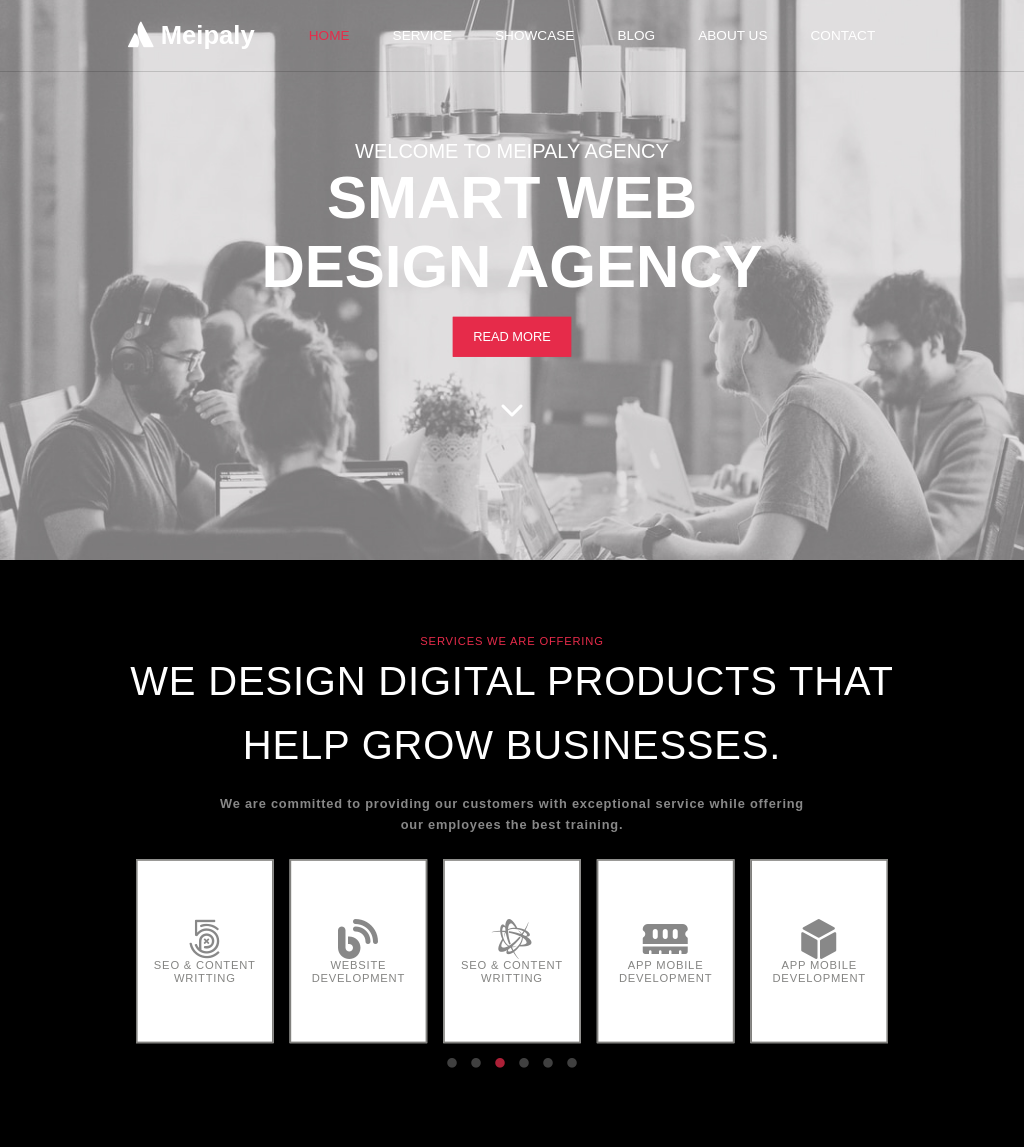
Repository: tudo1611/BC44_HTML5-CSS3_B6_MAIPALY_DO-TRUNG-TU
Page: index.html
These files come from the project's save history. The page is drawn as it stood at one moment and after a run of saves; the edit follows.
The browser window is 1280 px wide. The pictures show the whole page, at 80% of full size.
Some web fonts or font styles are not loaded; a fallback is used.

Above is the page before, as saved 2023-01-26 21:59:17.

### index.html
<!DOCTYPE html>
<html lang="en">
  <head>
    <meta charset="UTF-8" />
    <meta http-equiv="X-UA-Compatible" content="IE=edge" />
    <meta name="viewport" content="width=device-width, initial-scale=1.0" />
    <title>Document</title>
    <link
      rel="stylesheet"
      href="https://cdnjs.cloudflare.com/ajax/libs/font-awesome/6.2.1/css/all.min.css"
    />
    <!-- slick  -->
    <link rel="stylesheet" href="./css/slick.css" />
    <link rel="stylesheet" href="./css/slick-theme.css" />
    <!-- main css  -->
    <link rel="stylesheet" href="./css/style.css" />
  </head>
  <body>
    <header>
      <div class="header__content">
        <div class="header__logo">
          <i class="fab fa-atlassian"></i>
          <span>Meipaly</span>
        </div>
        <nav>
          <ul>
            <li class="active"><a href="#">Home</a></li>
            <li><a href="#">Service</a></li>
            <li><a href="#">Showcase</a></li>
            <li><a href="#">Blog</a></li>
            <li><a href="#">About us</a></li>
            <li><a href="#">Contact</a></li>
          </ul>
        </nav>
      </div>
    </header>
    <section class="banner"></section>
    <section class="carousel">
      <div class="carousel__content">
        <p>WELCOME TO MEIPALY AGENCY</p>
        <h1>
          SMART WEB <br />
          DESIGN AGENCY
        </h1>
        <button>READ MORE</button>
        <div class="carousel__scroll">
          <i class="fa fa-chevron-down"></i>
        </div>
      </div>
    </section>
    <section class="service">
      <div class="service__content">
        <div class="title">
          <p>SERVICES WE ARE OFFERING</p>
          <h2>WE DESIGN DIGITAL PRODUCTS THAT HELP GROW BUSINESSES.</h2>
          <p>
            We are committed to providing our customers with exceptional service
            while offering <br />
            our employees the best training.
          </p>
        </div>
        <div class="service__slider">
          <div class="slick-content">
            <div class="item">
              <i class="fa fa-dice-d6"></i>
              <p>
                APP MOBILE <br />
                DEVELOPMENT
              </p>
            </div>
            <div class="item">
              <i class="fab fa-autoprefixer"></i>
              <p>
                DIGITAL <br />
                MARKETING
              </p>
            </div>
            <div class="item">
              <i class="fab fa-500px"></i>
              <p>
                SEO &#38; CONTENT <br />
                WRITTING
              </p>
            </div>
            <div class="item">
              <i class="fa fa-blog"></i>
              <p>
                WEBSITE <br />
                DEVELOPMENT
              </p>
            </div>
            <div class="item">
              <i class="fab fa-battle-net"></i>
              <p>
                SEO &#38; CONTENT <br />
                WRITTING
              </p>
            </div>
            <div class="item">
              <i class="fa fa-memory"></i>
              <p>
                APP MOBILE <br />
                DEVELOPMENT
              </p>
            </div>
          </div>
        </div>
      </div>
    </section>
    <section class="blogs">
      <div class="title title--black">

      </div>
    </section>
    <section class="number"></section>
    <section class="experience"></section>
    <section class="contact"></section>
    <script
      src="https://code.jquery.com/jquery-3.6.3.slim.js"
      integrity="sha256-DKU1CmJ8kBuEwumaLuh9Tl/6ZB6jzGOBV/5YpNE2BWc="
      crossorigin="anonymous"
    ></script>
    <script src="./js/slick.min.js"></script>

    <script>
      $(document).ready(function () {
        $(".slick-content").slick({
          dots: true,
          infinite: true,
          autoplay: true,
          autoplaySpeed: 2000,
          slidesToShow: 5,
          slidesToScroll: 1,
        });
      });
    </script>
  </body>
</html>

### css/style.css
* {
  margin: 0;
  padding: 0;
  box-sizing: border-box;
}
html,
body {
  font-family: "Oswald", sans-serif;
  font-size: 62.5%;
  color: #fff;
}

.title {
  text-align: center;
  line-height: 1.6;
}
/* header  */
header {
  background-color: transparent;
  border-bottom: 1px solid rgba(0, 0, 0, 0.2);
  position: absolute;
  z-index: 10;
  width: 100%;
}
.header__content {
  width: 75%;
  margin: 0 auto;
  display: flex;
  justify-content: space-between;
  align-items: center;
  padding: 2.6rem 0;
}
.header__content ul {
  list-style: none;
}
.header__logo {
  font-size: 3.2rem;
  font-weight: 700;
  /* color: #fff; */
}
.header__content li {
  display: inline-block;
  padding: 0 2.6rem;
}
.header__content li.active a {
  color: #e62b4a;
}
.header__content li a {
  font-size: 1.7rem;
  color: #fff;
  text-transform: uppercase;
  text-decoration: none;
}
/* carousel  */
.carousel {
  background-image: url(../img/home_slider.jpg);
  background-size: cover;
  background-position: center;
  height: 70rem;
  display: flex;
  justify-content: center;
  align-items: center;
}
.carousel__content {
  text-align: center;
}
.carousel__content p {
  font-size: 2.5rem;
}
.carousel__content h1 {
  font-size: 7.5rem;
}
.carousel__content button {
  font-size: 1.6rem;
  margin-top: 2rem;
  padding: 1.5rem 2.5rem;
  background-color: #e62b4a;
  color: white;
  border: 1px solid #e62b4a;
  cursor: pointer;
  transition: all 0.5s;
}
.carousel__content button:hover {
  background-color: #af2239;
}
.carousel__scroll i {
  margin-top: 5rem;
  font-size: 3rem;
  animation: arrowDown 1s linear 0s infinite;
}

/* service  */
.service {
  text-align: center;
  padding: 9rem 0;
  background-color: #000;
}
.service__content {
  width: 75%;
  margin: 0 auto;
  letter-spacing: 1px;
}

.service .title p:first-of-type {
  font-size: 1.4rem;
  color: #e62b4a;
  font-weight: 300;
}
.service .title h2 {
  font-size: 5rem;
  color: #fff;
  font-weight: 400;
}
.service .title p:last-of-type {
  font-size: 1.6rem;
  color: #888888;
  font-weight: 700;
  margin-top: 2rem;
}
.service__slider {
  margin-top: 2rem;
}

.service__slider .item {
  width: 21.4rem;
  height: 23rem;
  border: 2px solid #81807d;
  background-color: #fff;
  color: #848482;
  text-align: center;
  margin: 1rem;
  display: flex;
  flex-direction: column;
  justify-content: center;
  align-items: center;
  position: relative;
}
.service__slider .item i{
  font-size: 5rem;
  color: #888888;
}
.service__slider .item p{
  font-size: 1.4rem;
}
.service__slider .item::after{
  content: "";
  height: 0;
  width: 5px;
  background-color: #e62b4a;
  display: block;
  position: absolute;
  top: 0;
  right: 0;
  transition: all .2s linear;
}
.service__slider .item:hover::after{
  height: 100%;
}
.slick-content .slick-dots li button:before{
  color: #fff;
  font-size: 5rem;
}
.slick-content .slick-dots li.slick-active button:before{
  color: #e62b4a;
}
.slick-prev:before, .slick-next:before{
  visibility: hidden;
}




@keyframes arrowDown {
  form {
    opacity: 1;
    transform: translateY(0);
  }
  to {
    opacity: 0;
    transform: translateY(4rem);
  }
}

Loaded but not shown: css/slick.css (common file); css/slick-theme.css (library); js/slick.min.js (library)

After the next 2 saves:
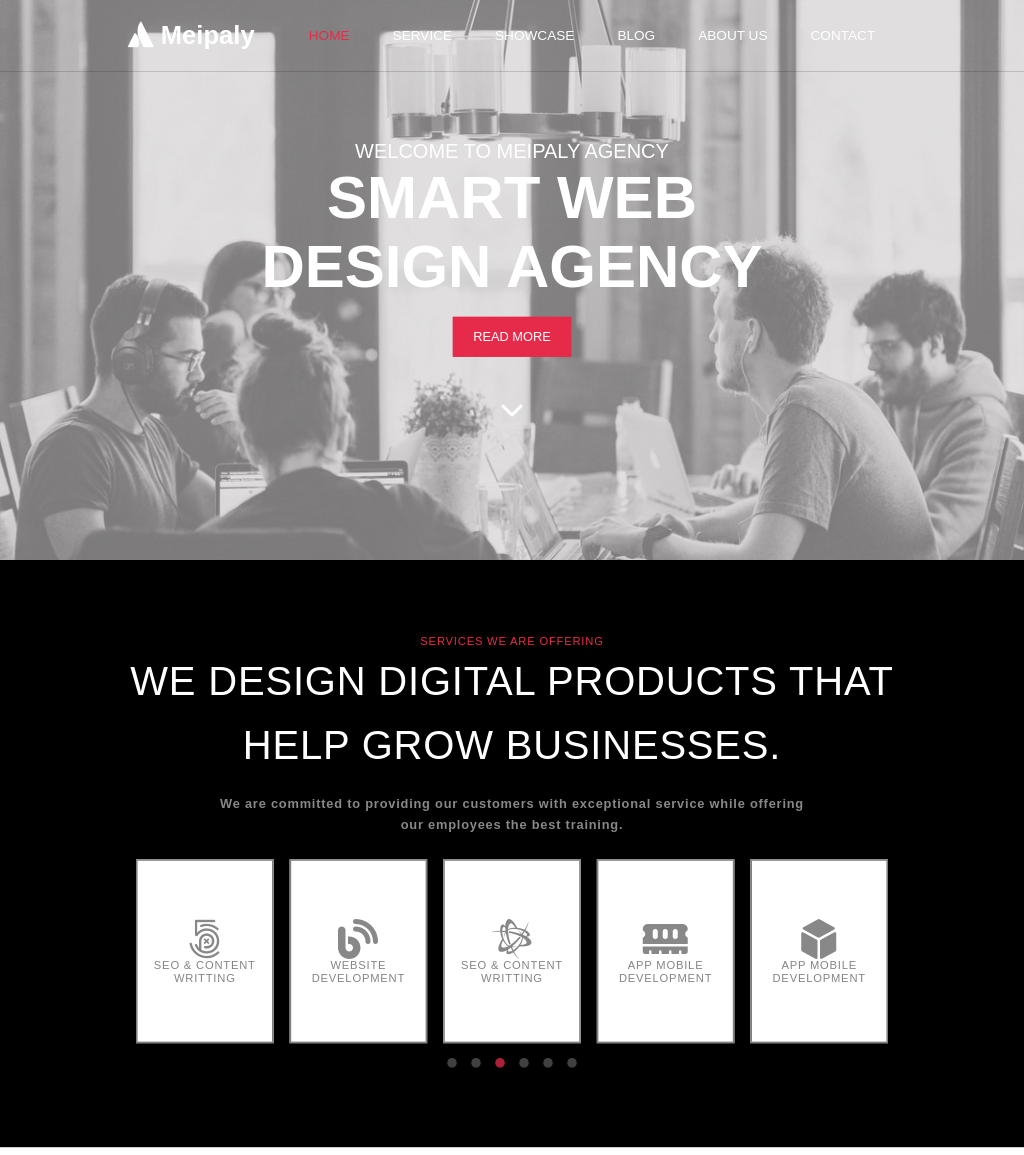
The 2 saves are shown as one change because they came seconds apart.
The last was saved 24 s later.
--- a/index.html
+++ b/index.html
@@ -109,6 +109,7 @@
     </section>
     <section class="blogs">
       <div class="title title--black">
+        <p>OUR NEWS &amp; ARTICLES</p>
 
       </div>
     </section>
